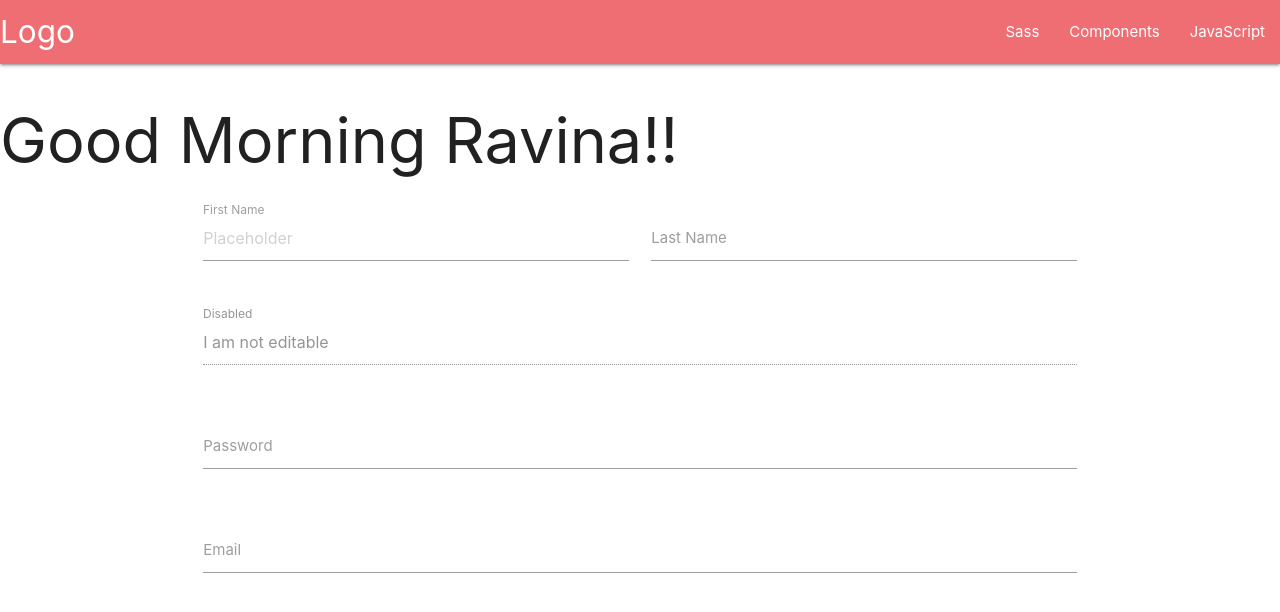
Repository: RavinakS/signup-page-html-js
Page: index.html
An editor plug-in stored every save of this project. The page is shown before and after a run of saves, followed by the edit.
The browser window is 1280 px wide. The pictures show the whole page.

Above is the page before, as saved 2021-12-13 11:11:34.

### index.html
<!DOCTYPE html>
<html lang="en">
<head>
    <meta charset="UTF-8">
    <meta http-equiv="X-UA-Compatible" content="IE=edge">
    <meta name="viewport" content="width=device-width, initial-scale=1.0">

    <title>Document</title>
    <link rel="stylesheet" href="https://cdnjs.cloudflare.com/ajax/libs/materialize/1.0.0/css/materialize.min.css">
    <script src="https://cdnjs.cloudflare.com/ajax/libs/materialize/1.0.0/js/materialize.min.js"></script>

    <nav>
        <div class="nav-wrapper">
          <a href="#" class="brand-logo">Logo</a>
          <ul id="nav-mobile" class="right hide-on-med-and-down">
            <li><a href="sass.html">Sass</a></li>
            <li><a href="badges.html">Components</a></li>
            <li><a href="collapsible.html">JavaScript</a></li>
          </ul>
        </div>
      </nav>

</head>
<body>
    <h1 class="text-center" >Good Morning Ravina!!</h1>
    <div class="container">
        <div class="row">
            <form class="col s12">
              <div class="row">
                <div class="input-field col s6">
                  <input placeholder="Placeholder" id="first_name" type="text" class="validate">
                  <label for="first_name">First Name</label>
                </div>
                <div class="input-field col s6">
                  <input id="last_name" type="text" class="validate">
                  <label for="last_name">Last Name</label>
                </div>
              </div>
              <div class="row">
                <div class="input-field col s12">
                  <input disabled value="I am not editable" id="disabled" type="text" class="validate">
                  <label for="disabled">Disabled</label>
                </div>
              </div>
              <div class="row">
                <div class="input-field col s12">
                  <input id="password" type="password" class="validate">
                  <label for="password">Password</label>
                </div>
              </div>
              <div class="row">
                <div class="input-field col s12">
                  <input id="email" type="email" class="validate">
                  <label for="email">Email</label>
                </div>
              </div>
            </form>
          </div>
    </div>
</body>
</html>

After the next 4 saves:
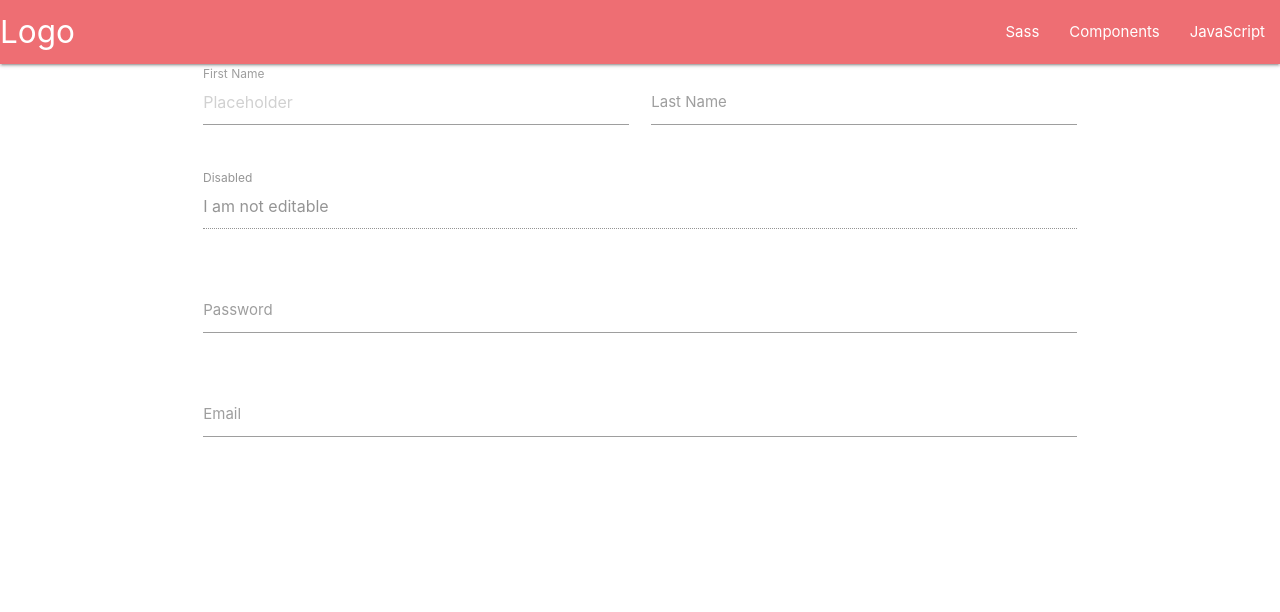
The 4 saves are shown as one change because they came seconds apart.
The last was saved 23 s later.
--- a/index.html
+++ b/index.html
@@ -22,7 +22,6 @@
 
 </head>
 <body>
-    <h1 class="text-center" >Good Morning Ravina!!</h1>
     <div class="container">
         <div class="row">
             <form class="col s12">
